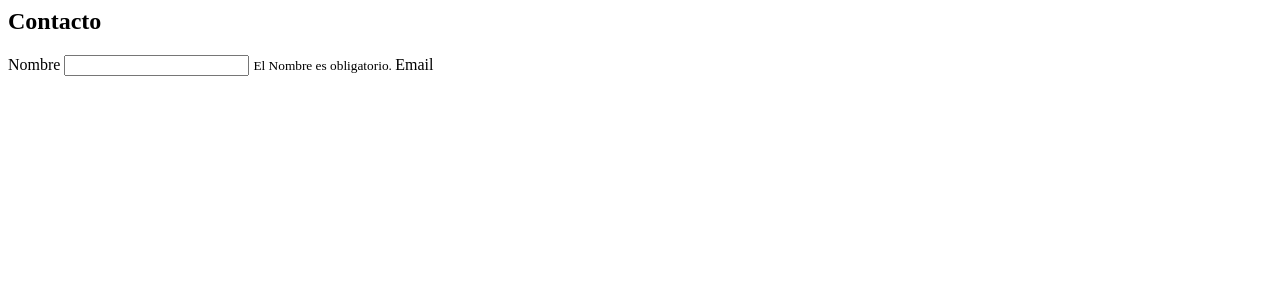
Repository: MatiNicolasur/Academia-de-matematicas
Page: frontend/src/app/pages/contacto/contacto.html
The author's editor kept a copy of each file at every save. The page is drawn from the files as they stood at one save, then again after a run of saves.
The browser window is 1280 px wide. The pictures show the whole page.

Above is the page before, as saved 2025-11-13 01:14:46.

### frontend/src/app/pages/contacto/contacto.html
<h2>Contacto</h2>

<form [formGroup]="contactoForm" (ngSubmit)="enviar()">

    <!-- Nombre -->
    <label>Nombre</label>
    <input type="text" formControlName="nombre">
    <small *ngif="enviado && contactoForm.controls['nombre'].invalid">
        El Nombre es obligatorio.
    </small>

    <!-- Email -->
    <label>Email</label>

</form>

After the next 2 saves:
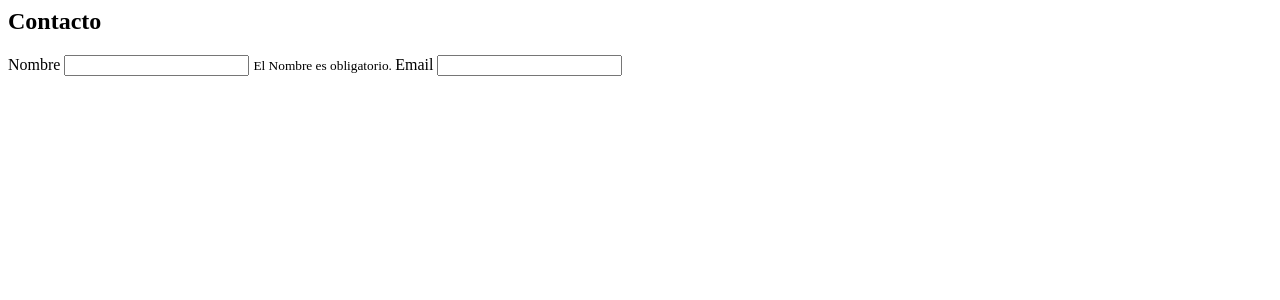
The 2 saves are shown as one change because they came seconds apart.
The last was saved 6 s later.
--- a/frontend/src/app/pages/contacto/contacto.html
+++ b/frontend/src/app/pages/contacto/contacto.html
@@ -11,5 +11,5 @@
 
     <!-- Email -->
     <label>Email</label>
-
+    <input type="email"
 </form>
